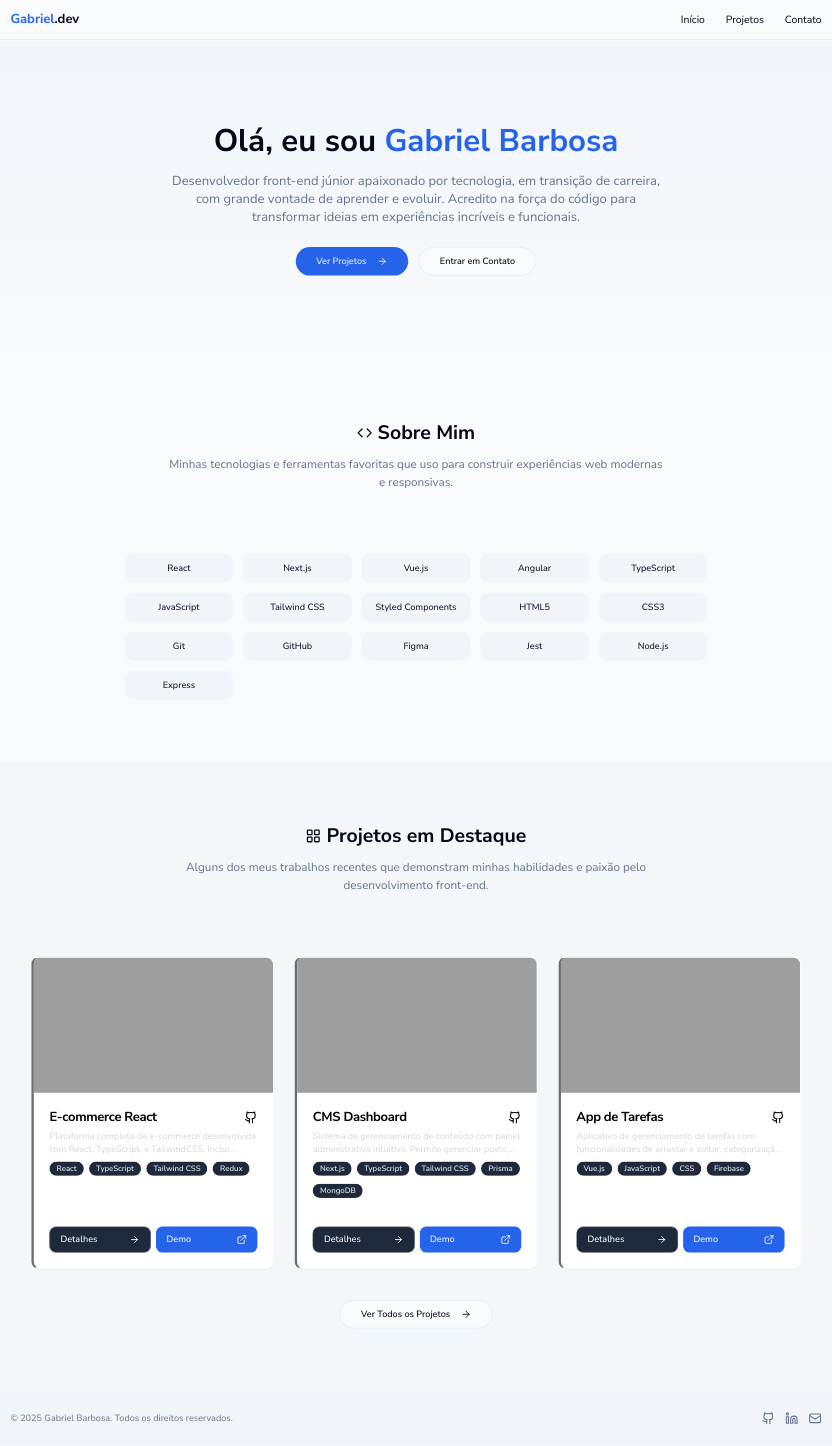
Repository: Biel-barbosa/portfolio-gabriel
Page: /
An editor plug-in stored every save of this project. The page is shown before and after the next save, followed by the edit.
The browser window is 1280 px wide. The pictures show the whole page, at 65% of full size.
Pictures or frames that could not be fetched are drawn as grey boxes. The project was rebuilt for these pictures with package versions that can differ from the ones it lists, and the page was loaded fresh each time. Also part of the build but not shown: vite.config.ts, src/components/ui/tooltip.tsx, src/components/ui/tabs.tsx, src/pages/Projects.tsx, src/pages/ProjectDetail.tsx, src/pages/Contact.tsx, src/pages/NotFound.tsx.

Above is the page before, as saved 2025-05-20 16:49:22.

### index.html

<!DOCTYPE html>
<html lang="pt-BR">
  <head>
    <meta charset="UTF-8" />
    <meta name="viewport" content="width=device-width, initial-scale=1.0" />
    <title>Gabriel Barbosa | Desenvolvedor Front-end</title>
    <meta name="description" content="Portfólio de Gabriel Barbosa - Desenvolvedor Front-end Júnior" />
    <meta name="author" content="Gabriel Barbosa" />

    <meta property="og:title" content="Gabriel Barbosa | Desenvolvedor Front-end" />
    <meta property="og:description" content="Portfólio de Gabriel Barbosa - Desenvolvedor Front-end Júnior" />
    <meta property="og:type" content="website" />
    <link rel="icon" type="image/svg+xml" href="/favicon.svg" />
  </head>

  <body>
    <div id="root"></div>
    <!-- IMPORTANT: DO NOT REMOVE THIS SCRIPT TAG OR THIS VERY COMMENT! -->
    <script src="https://cdn.gpteng.co/gptengineer.js" type="module"></script>
    <script type="module" src="/src/main.tsx"></script>
  </body>
</html>

### src/App.tsx

import { Toaster } from "@/components/ui/toaster";
import { Toaster as Sonner } from "@/components/ui/sonner";
import { TooltipProvider } from "@/components/ui/tooltip";
import { QueryClient, QueryClientProvider } from "@tanstack/react-query";
import { BrowserRouter, Routes, Route } from "react-router-dom";
import Index from "./pages/Index";
import Projects from "./pages/Projects";
import ProjectDetail from "./pages/ProjectDetail";
import Contact from "./pages/Contact";
import NotFound from "./pages/NotFound";

const queryClient = new QueryClient();

const App = () => (
  <QueryClientProvider client={queryClient}>
    <TooltipProvider>
      <Toaster />
      <Sonner />
      <BrowserRouter>
        <Routes>
          <Route path="/" element={<Index />} />
          <Route path="/projetos" element={<Projects />} />
          <Route path="/projetos/:id" element={<ProjectDetail />} />
          <Route path="/contato" element={<Contact />} />
          <Route path="*" element={<NotFound />} />
        </Routes>
      </BrowserRouter>
    </TooltipProvider>
  </QueryClientProvider>
);

export default App;

### src/index.css

@import url('https://fonts.googleapis.com/css2?family=Nunito+Sans:opsz,wght@6..12,300;6..12,400;6..12,500;6..12,600;6..12,700&display=swap');

@tailwind base;
@tailwind components;
@tailwind utilities;

@layer base {
  :root {
    --background: 210 40% 98%;
    --foreground: 222.2 84% 4.9%;

    --card: 0 0% 100%;
    --card-foreground: 222.2 84% 4.9%;

    --popover: 0 0% 100%;
    --popover-foreground: 222.2 84% 4.9%;

    --primary: 221.2 83% 53.3%;
    --primary-foreground: 210 40% 98%;

    --secondary: 210 40% 96.1%;
    --secondary-foreground: 222.2 47.4% 11.2%;

    --muted: 210 40% 96.1%;
    --muted-foreground: 215.4 16.3% 46.9%;

    --accent: 221.2 83% 53.3%;
    --accent-foreground: 222.2 47.4% 11.2%;

    --destructive: 0 84.2% 60.2%;
    --destructive-foreground: 210 40% 98%;

    --border: 214.3 31.8% 91.4%;
    --input: 214.3 31.8% 91.4%;
    --ring: 221.2 83% 53.3%;

    --radius: 0.75rem;
  }

  * {
    @apply border-border;
  }

  body {
    @apply bg-background text-foreground;
    font-feature-settings: "rlig" 1, "calt" 1;
    font-family: 'Nunito Sans', sans-serif;
  }

  .tech-tag {
    @apply bg-secondary text-secondary-foreground rounded-full px-3 py-1 text-sm font-medium transition-colors;
  }

  .card-hover {
    @apply transition-all hover:shadow-lg hover:-translate-y-1;
  }

  .button-primary {
    @apply bg-primary text-primary-foreground hover:bg-primary/90 rounded-full px-6 py-2 font-medium transition-colors;
  }

  .button-secondary {
    @apply bg-secondary text-secondary-foreground hover:bg-secondary/80 rounded-full px-6 py-2 font-medium transition-colors border border-secondary;
  }
}

### src/components/ui/toaster.tsx

"use client"

import {
  Toast,
  ToastClose,
  ToastDescription,
  ToastProvider,
  ToastTitle,
  ToastViewport,
} from "@/components/ui/toast"
import { useToast } from "@/components/ui/use-toast"

export function Toaster() {
  const { toasts } = useToast()

  return (
    <ToastProvider>
      {toasts.map(function ({ id, title, description, action, ...props }) {
        return (
          <Toast key={id} {...props}>
            <div className="grid gap-1">
              {title && <ToastTitle>{title}</ToastTitle>}
              {description && (
                <ToastDescription>{description}</ToastDescription>
              )}
            </div>
            {action}
            <ToastClose />
          </Toast>
        )
      })}
      <ToastViewport />
    </ToastProvider>
  )
}

### src/components/ui/sonner.tsx
import { useTheme } from "next-themes"
import { Toaster as Sonner, toast } from "sonner"

type ToasterProps = React.ComponentProps<typeof Sonner>

const Toaster = ({ ...props }: ToasterProps) => {
  const { theme = "system" } = useTheme()

  return (
    <Sonner
      theme={theme as ToasterProps["theme"]}
      className="toaster group"
      toastOptions={{
        classNames: {
          toast:
            "group toast group-[.toaster]:bg-background group-[.toaster]:text-foreground group-[.toaster]:border-border group-[.toaster]:shadow-lg",
          description: "group-[.toast]:text-muted-foreground",
          actionButton:
            "group-[.toast]:bg-primary group-[.toast]:text-primary-foreground",
          cancelButton:
            "group-[.toast]:bg-muted group-[.toast]:text-muted-foreground",
        },
      }}
      {...props}
    />
  )
}

export { Toaster, toast }

### src/components/ui/button.tsx
import * as React from "react"
import { Slot } from "@radix-ui/react-slot"
import { cva, type VariantProps } from "class-variance-authority"

import { cn } from "@/lib/utils"

const buttonVariants = cva(
  "inline-flex items-center justify-center gap-2 whitespace-nowrap rounded-md text-sm font-medium ring-offset-background transition-colors focus-visible:outline-none focus-visible:ring-2 focus-visible:ring-ring focus-visible:ring-offset-2 disabled:pointer-events-none disabled:opacity-50 [&_svg]:pointer-events-none [&_svg]:size-4 [&_svg]:shrink-0",
  {
    variants: {
      variant: {
        default: "bg-primary text-primary-foreground hover:bg-primary/90",
        destructive:
          "bg-destructive text-destructive-foreground hover:bg-destructive/90",
        outline:
          "border border-input bg-background hover:bg-accent hover:text-accent-foreground",
        secondary:
          "bg-secondary text-secondary-foreground hover:bg-secondary/80",
        ghost: "hover:bg-accent hover:text-accent-foreground",
        link: "text-primary underline-offset-4 hover:underline",
      },
      size: {
        default: "h-10 px-4 py-2",
        sm: "h-9 rounded-md px-3",
        lg: "h-11 rounded-md px-8",
        icon: "h-10 w-10",
      },
    },
    defaultVariants: {
      variant: "default",
      size: "default",
    },
  }
)

export interface ButtonProps
  extends React.ButtonHTMLAttributes<HTMLButtonElement>,
    VariantProps<typeof buttonVariants> {
  asChild?: boolean
}

const Button = React.forwardRef<HTMLButtonElement, ButtonProps>(
  ({ className, variant, size, asChild = false, ...props }, ref) => {
    const Comp = asChild ? Slot : "button"
    return (
      <Comp
        className={cn(buttonVariants({ variant, size, className }))}
        ref={ref}
        {...props}
      />
    )
  }
)
Button.displayName = "Button"

export { Button, buttonVariants }

### src/components/ProjectCard.tsx

import React from 'react';
import { Link } from 'react-router-dom';
import { Project } from '../types';
import { ArrowRight, Github, Globe, Code, ExternalLink } from 'lucide-react';
import { Button } from '@/components/ui/button';
import { Card, CardContent, CardDescription, CardFooter, CardHeader, CardTitle } from '@/components/ui/card';
import { Badge } from '@/components/ui/badge';

interface ProjectCardProps {
  project: Project;
  featured?: boolean;
}

const ProjectCard: React.FC<ProjectCardProps> = ({ project, featured = false }) => {
  // Fallback images for projects without specific images
  const fallbackImages = [
    'https://images.unsplash.com/photo-1488590528505-98d2b5aba04b',
    'https://images.unsplash.com/photo-1518770660439-4636190af475',
    'https://images.unsplash.com/photo-1461749280684-dccba630e2f6',
    'https://images.unsplash.com/photo-1531297484001-80022131f5a1',
    'https://images.unsplash.com/photo-1487058792275-0ad4aaf24ca7'
  ];

  // Select a fallback image based on project ID (for consistency)
  const imageIndex = parseInt(project.id.replace(/\D/g, '0'), 10) % fallbackImages.length;
  const projectImage = project.imageUrl || fallbackImages[imageIndex];

  return (
    <Card className={`overflow-hidden flex flex-col bg-white border-white text-black hover:border-primary transition-all duration-300 border-l-4 border-l-[#6d6d6d]`}>
      <div className="h-52 overflow-hidden">
        <img
          src={projectImage}
          alt={project.name}
          className="w-full h-full object-cover transition-transform hover:scale-105"
        />
      </div>

      <CardHeader className="pb-2">
        <div className="flex items-center justify-between">
          <CardTitle className="text-xl font-bold">{project.name}</CardTitle>
          <div className="flex items-center gap-2">
            {project.githubUrl && <Github className="h-5 w-5" />}
            {project.source === 'vercel' && <Globe className="h-5 w-5 text-blue-400" />}
          </div>
        </div>
        <CardDescription className="line-clamp-2 text-gray-300">{project.description}</CardDescription>
      </CardHeader>

      <CardContent className="flex-grow">
        <div className="flex flex-wrap gap-2 mb-4">
          {project.technologies && project.technologies.map((tech, index) => (
            <Badge key={index} variant="secondary" className="bg-slate-800 hover:bg-slate-700 text-gray-200 mb-1">
              {tech}
            </Badge>
          ))}
        </div>

        {project.deployedAt && (
          <p className="text-xs text-gray-400 mb-2">
            Atualizado em {new Date(project.deployedAt).toLocaleDateString('pt-BR')}
          </p>
        )}
      </CardContent>

      <CardFooter className="flex gap-2 pt-0">
        <Button
          variant="outline"
          className="w-1/2 justify-between group border-slate-700 bg-slate-800 hover:bg-slate-700 text-white"
          asChild
        >
          <Link to={`/projetos/${project.id}`}>
            Detalhes
            <ArrowRight className="h-4 w-4 transition-transform group-hover:translate-x-1" />
          </Link>
        </Button>

        {project.deployUrl && (
          <Button
            variant="secondary"
            className="w-1/2 justify-between group bg-primary hover:bg-primary/80 text-white"
            asChild
          >
            <a href={project.deployUrl} target="_blank" rel="noopener noreferrer">
              Demo
              <ExternalLink className="h-4 w-4 ml-1" />
            </a>
          </Button>
        )}
      </CardFooter>
    </Card>
  );
};

export default ProjectCard;

### src/components/Header.tsx

import React, { useState } from 'react';
import { Link } from 'react-router-dom';
import { Menu, X } from 'lucide-react';
import { Button } from '@/components/ui/button';
import { cn } from '@/lib/utils';

const Header = () => {
  const [isMenuOpen, setIsMenuOpen] = useState(false);

  return (
    <header className="fixed w-full bg-background/80 backdrop-blur-sm z-50 border-b">
      <div className="container mx-auto px-4 py-4 flex items-center justify-between">
        <Link to="/" className="text-xl font-bold text-primary">
          Gabriel<span className="text-foreground">.dev</span>
        </Link>

        {/* Desktop Navigation */}
        <nav className="hidden md:flex items-center space-x-8">
          <Link to="/" className="text-foreground hover:text-primary transition-colors">
            Início
          </Link>
          <Link to="/projetos" className="text-foreground hover:text-primary transition-colors">
            Projetos
          </Link>
          <Link to="/contato" className="text-foreground hover:text-primary transition-colors">
            Contato
          </Link>
        </nav>

        {/* Mobile Menu Button */}
        <Button
          variant="ghost"
          size="icon"
          className="md:hidden"
          onClick={() => setIsMenuOpen(!isMenuOpen)}
        >
          {isMenuOpen ? <X className="h-6 w-6" /> : <Menu className="h-6 w-6" />}
        </Button>
      </div>

      {/* Mobile Navigation */}
      <div
        className={cn(
          "fixed inset-0 top-[60px] bg-slate-900/95 backdrop-blur-md z-40 flex flex-col items-center pt-8 md:hidden",
          isMenuOpen ? "animate-fade-in" : "hidden"
        )}
      >
        <nav className="flex flex-col items-center space-y-6 text-lg">
          <Link
            to="/"
            className="text-white hover:text-primary transition-colors"
            onClick={() => setIsMenuOpen(false)}
          >
            Início
          </Link>
          <Link
            to="/projetos"
            className="text-white hover:text-primary transition-colors"
            onClick={() => setIsMenuOpen(false)}
          >
            Projetos
          </Link>
          <Link
            to="/contato"
            className="text-white hover:text-primary transition-colors"
            onClick={() => setIsMenuOpen(false)}
          >
            Contato
          </Link>
        </nav>
      </div>
    </header>
  );
};

export default Header;

### src/components/Footer.tsx

import React from 'react';
import { Github, Linkedin, Mail } from 'lucide-react';

const Footer = () => {
  return (
    <footer className="bg-secondary py-8">
      <div className="container mx-auto px-4">
        <div className="flex flex-col md:flex-row justify-between items-center">
          <div className="mb-4 md:mb-0">
            <p className="text-sm text-muted-foreground">
              © {new Date().getFullYear()} Gabriel Barbosa. Todos os direitos reservados.
            </p>
          </div>

          <div className="flex space-x-4">
            <a
              href="https://github.com/Biel-barbosa"
              target="_blank"
              rel="noopener noreferrer"
              className="text-muted-foreground hover:text-primary transition-colors"
              aria-label="GitHub"
            >
              <Github className="h-5 w-5" />
            </a>
            <a
              href="https://www.linkedin.com/in/gabriel-a-barbosa/"
              target="_blank"
              rel="noopener noreferrer"
              className="text-muted-foreground hover:text-primary transition-colors"
              aria-label="LinkedIn"
            >
              <Linkedin className="h-5 w-5" />
            </a>
            <a
              href="mailto:gabriellbarbosaads@gmail.com"
              className="text-muted-foreground hover:text-primary transition-colors"
              aria-label="Email"
            >
              <Mail className="h-5 w-5" />
            </a>
          </div>
        </div>
      </div>
    </footer>
  );
};

export default Footer;

### src/api/vercel-projects.ts

// Handler para buscar projetos da Vercel

export async function fetchVercelProjects() {
  try {
    const VERCEL_TOKEN = 'jzprp7RQAOHCJR7IR6Gez3uf'; // Normalmente seria process.env.VERCEL_TOKEN

    const response = await fetch('https://api.vercel.com/v6/projects', {
      headers: {
        'Authorization': `Bearer ${VERCEL_TOKEN}`,
        'Content-Type': 'application/json',
      }
    });

    if (!response.ok) {
      throw new Error(`Erro ao buscar projetos da Vercel: ${response.status}`);
    }

    const data = await response.json();
    return data.projects || [];
  } catch (error) {
    console.error('Erro na API:', error);
    throw new Error('Failed to fetch Vercel projects');
  }
}

### src/components/ui/card.tsx
import * as React from "react"

import { cn } from "@/lib/utils"

const Card = React.forwardRef<
  HTMLDivElement,
  React.HTMLAttributes<HTMLDivElement>
>(({ className, ...props }, ref) => (
  <div
    ref={ref}
    className={cn(
      "rounded-lg border bg-card text-card-foreground shadow-sm",
      className
    )}
    {...props}
  />
))
Card.displayName = "Card"

const CardHeader = React.forwardRef<
  HTMLDivElement,
  React.HTMLAttributes<HTMLDivElement>
>(({ className, ...props }, ref) => (
  <div
    ref={ref}
    className={cn("flex flex-col space-y-1.5 p-6", className)}
    {...props}
  />
))
CardHeader.displayName = "CardHeader"

const CardTitle = React.forwardRef<
  HTMLParagraphElement,
  React.HTMLAttributes<HTMLHeadingElement>
>(({ className, ...props }, ref) => (
  <h3
    ref={ref}
    className={cn(
      "text-2xl font-semibold leading-none tracking-tight",
      className
    )}
    {...props}
  />
))
CardTitle.displayName = "CardTitle"

const CardDescription = React.forwardRef<
  HTMLParagraphElement,
  React.HTMLAttributes<HTMLParagraphElement>
>(({ className, ...props }, ref) => (
  <p
    ref={ref}
    className={cn("text-sm text-muted-foreground", className)}
    {...props}
  />
))
CardDescription.displayName = "CardDescription"

const CardContent = React.forwardRef<
  HTMLDivElement,
  React.HTMLAttributes<HTMLDivElement>
>(({ className, ...props }, ref) => (
  <div ref={ref} className={cn("p-6 pt-0", className)} {...props} />
))
CardContent.displayName = "CardContent"

const CardFooter = React.forwardRef<
  HTMLDivElement,
  React.HTMLAttributes<HTMLDivElement>
>(({ className, ...props }, ref) => (
  <div
    ref={ref}
    className={cn("flex items-center p-6 pt-0", className)}
    {...props}
  />
))
CardFooter.displayName = "CardFooter"

export { Card, CardHeader, CardFooter, CardTitle, CardDescription, CardContent }

### src/components/ui/badge.tsx
import * as React from "react"
import { cva, type VariantProps } from "class-variance-authority"

import { cn } from "@/lib/utils"

const badgeVariants = cva(
  "inline-flex items-center rounded-full border px-2.5 py-0.5 text-xs font-semibold transition-colors focus:outline-none focus:ring-2 focus:ring-ring focus:ring-offset-2",
  {
    variants: {
      variant: {
        default:
          "border-transparent bg-primary text-primary-foreground hover:bg-primary/80",
        secondary:
          "border-transparent bg-secondary text-secondary-foreground hover:bg-secondary/80",
        destructive:
          "border-transparent bg-destructive text-destructive-foreground hover:bg-destructive/80",
        outline: "text-foreground",
      },
    },
    defaultVariants: {
      variant: "default",
    },
  }
)

export interface BadgeProps
  extends React.HTMLAttributes<HTMLDivElement>,
    VariantProps<typeof badgeVariants> {}

function Badge({ className, variant, ...props }: BadgeProps) {
  return (
    <div className={cn(badgeVariants({ variant }), className)} {...props} />
  )
}

export { Badge, badgeVariants }

### tailwind.config.ts

import type { Config } from "tailwindcss";

export default {
	darkMode: ["class"],
	content: [
		"./pages/**/*.{ts,tsx}",
		"./components/**/*.{ts,tsx}",
		"./app/**/*.{ts,tsx}",
		"./src/**/*.{ts,tsx}",
	],
	prefix: "",
	theme: {
		container: {
			center: true,
			padding: '2rem',
			screens: {
				'2xl': '1400px'
			}
		},
		extend: {
			colors: {
				border: 'hsl(var(--border))',
				input: 'hsl(var(--input))',
				ring: 'hsl(var(--ring))',
				background: 'hsl(var(--background))',
				foreground: 'hsl(var(--foreground))',
				primary: {
					DEFAULT: 'hsl(var(--primary))',
					foreground: 'hsl(var(--primary-foreground))'
				},
				secondary: {
					DEFAULT: 'hsl(var(--secondary))',
					foreground: 'hsl(var(--secondary-foreground))'
				},
				destructive: {
					DEFAULT: 'hsl(var(--destructive))',
					foreground: 'hsl(var(--destructive-foreground))'
				},
				muted: {
					DEFAULT: 'hsl(var(--muted))',
					foreground: 'hsl(var(--muted-foreground))'
				},
				accent: {
					DEFAULT: 'hsl(var(--accent))',
					foreground: 'hsl(var(--accent-foreground))'
				},
				popover: {
					DEFAULT: 'hsl(var(--popover))',
					foreground: 'hsl(var(--popover-foreground))'
				},
				card: {
					DEFAULT: 'hsl(var(--card))',
					foreground: 'hsl(var(--card-foreground))'
				},
				sidebar: {
					DEFAULT: 'hsl(var(--sidebar-background))',
					foreground: 'hsl(var(--sidebar-foreground))',
					primary: 'hsl(var(--sidebar-primary))',
					'primary-foreground': 'hsl(var(--sidebar-primary-foreground))',
					accent: 'hsl(var(--sidebar-accent))',
					'accent-foreground': 'hsl(var(--sidebar-accent-foreground))',
					border: 'hsl(var(--sidebar-border))',
					ring: 'hsl(var(--sidebar-ring))'
				}
			},
			borderRadius: {
				lg: 'var(--radius)',
				md: 'calc(var(--radius) - 2px)',
				sm: 'calc(var(--radius) - 4px)'
			},
			fontFamily: {
				sans: ['Ancizar Sans', 'system-ui', 'sans-serif'],
			},
			keyframes: {
				'accordion-down': {
					from: { height: '0' },
					to: { height: 'var(--radix-accordion-content-height)' },
				},
				'accordion-up': {
					from: { height: 'var(--radix-accordion-content-height)' },
					to: { height: '0' },
				},
				'fade-in': {
					'0%': { opacity: '0', transform: 'translateY(10px)' },
					'100%': { opacity: '1', transform: 'translateY(0)' }
				},
				'fade-out': {
					'0%': { opacity: '1', transform: 'translateY(0)' },
					'100%': { opacity: '0', transform: 'translateY(10px)' }
				},
				'scale-in': {
					'0%': { transform: 'scale(0.95)', opacity: '0' },
					'100%': { transform: 'scale(1)', opacity: '1' }
				},
			},
			animation: {
				'accordion-down': 'accordion-down 0.2s ease-out',
				'accordion-up': 'accordion-up 0.2s ease-out',
				'fade-in': 'fade-in 0.3s ease-out',
				'scale-in': 'scale-in 0.2s ease-out',
			}
		}
	},
	plugins: [require("tailwindcss-animate")],
} satisfies Config;

Loaded but not shown: src/main.tsx (common file); src/lib/utils.ts (common file); src/services/projectService.ts (174 lines, source omitted); src/components/ui/toast.tsx (128 lines, source omitted); src/pages/Index.tsx (110 lines, source omitted); src/components/ui/use-toast.ts (191 lines, source omitted)

After the next save:
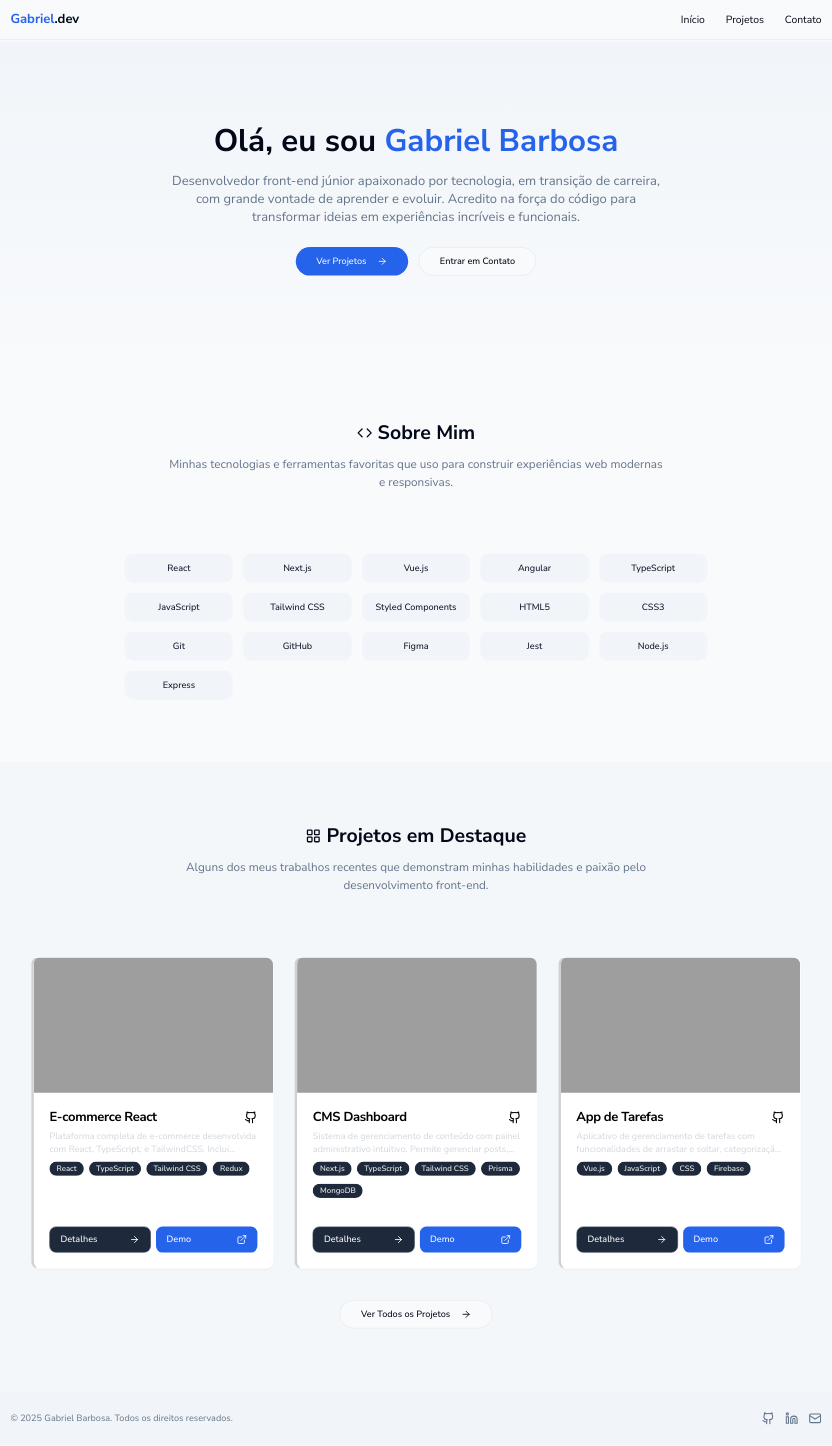
Saved 35 s later.
--- a/src/components/ProjectCard.tsx
+++ b/src/components/ProjectCard.tsx
@@ -27,7 +27,7 @@ const ProjectCard: React.FC<ProjectCardProps> = ({ project, featured = false })
   const projectImage = project.imageUrl || fallbackImages[imageIndex];
 
   return (
-    <Card className={`overflow-hidden flex flex-col bg-white border-white text-black hover:border-primary transition-all duration-300 border-l-4 border-l-[#6d6d6d]`}>
+    <Card className={`overflow-hidden flex flex-col bg-white border-white text-black hover:border-primary transition-all duration-300 border-l-4 border-l-[#d1d1d1]`}>
       <div className="h-52 overflow-hidden">
         <img
           src={projectImage}
